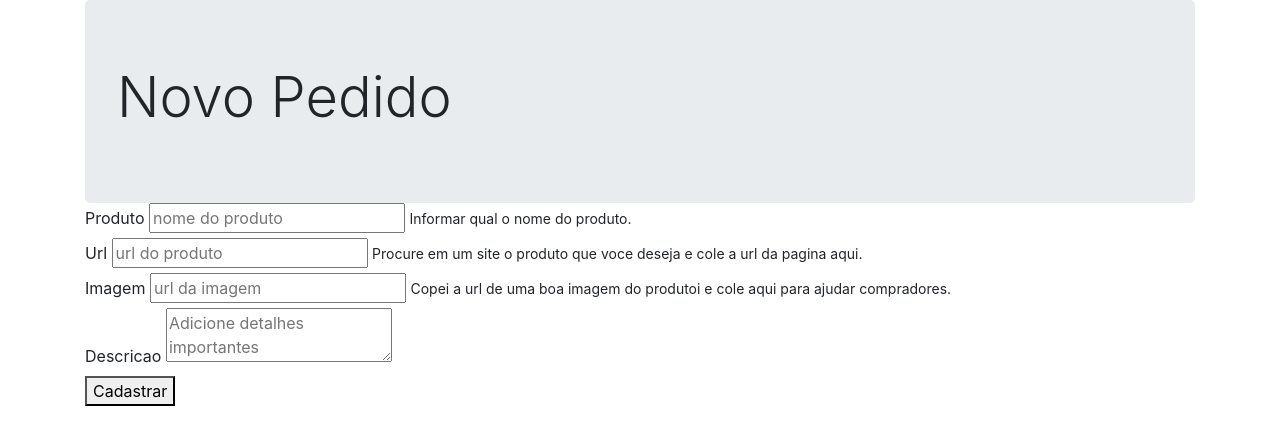
Repository: PedroKarasudani/Spring_MVC
Page: http://localhost/pedido/formulario
An editor plug-in stored every save of this project. The page is shown before and after the next save, followed by the edit.
The browser window is 1280 px wide. The pictures show the whole page.
The page is this project's Thymeleaf template; nobody is signed in. The template is opened directly, without the code that normally fills it, so the values that code supplies are empty.

Above is the page before, as saved 2023-10-19 00:35:50.

### mudi/src/main/resources/templates/pedido/formulario.html
<!DOCTYPE html>
<html>

<head>
	<meta charset="UTF-8" />
	<title>Pedido</title>
	<link rel="stylesheet" href="https://cdn.jsdelivr.net/npm/bootstrap@4.6.2/dist/css/bootstrap.min.css"
		integrity="sha384-xOolHFLEh07PJGoPkLv1IbcEPTNtaed2xpHsD9ESMhqIYd0nLMwNLD69Npy4HI+N" crossorigin="anonymous">
</head>

<body>
	<div class="container">
		<div class="jumbotron mb-0">
			<h1 class="display-4">Novo Pedido</h1>
		</div>
		<form action="/pedido/novo" method="POST">
			<div>
				<label for="nomeProduto">Produto</label>
				<input name"nomeProduto" placeholder="nome do produto"/>
				<small>Informar qual o nome do produto.</small>
			</div>
			<div>
				<label for="urlProduto">Url</label>
				<input name"urlProduto" placeholder="url do produto"/>
				<small>Procure em um site o produto que voce deseja e cole a url da pagina aqui.</small>
			</div>
			<div>
				<label for="urlImagem">Imagem</label>
				<input name"urlImagem" placeholder="url da imagem"/>
				<small>Copei a url de uma boa imagem do produtoi e cole aqui para ajudar compradores.</small>
			</div>
			<div>
				<label for="descricao">Descricao</label>
				<textarea name"descricao" placeholder="Adicione detalhes importantes"></textarea>
			</div>
			<button type="submit">Cadastrar</button>
		</form>

	</div>
</body>

</html>

After the next save:
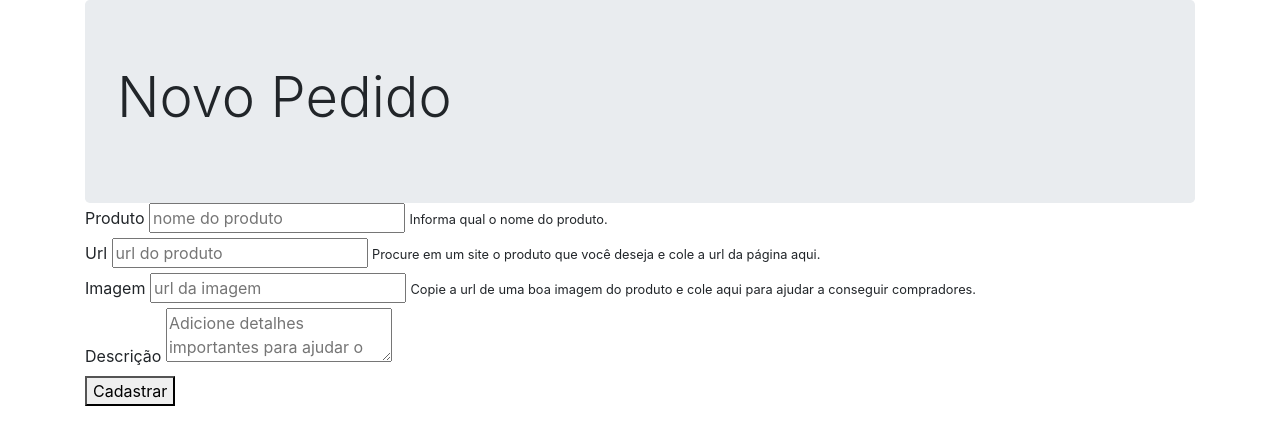
Saved 5 min 56 s later.
--- a/mudi/src/main/resources/templates/pedido/formulario.html
+++ b/mudi/src/main/resources/templates/pedido/formulario.html
@@ -1,42 +1,35 @@
-<!DOCTYPE html>
 <html>
+    <head>
+        <meta charset="UTF-8" />
+        <link rel="stylesheet" href="https://stackpath.bootstrapcdn.com/bootstrap/4.5.2/css/bootstrap.min.css" integrity="sha384-JcKb8q3iqJ61gNV9KGb8thSsNjpSL0n8PARn9HuZOnIxN0hoP+VmmDGMN5t9UJ0Z" crossorigin="anonymous">    </head>
+    <body>
+        <div class="container">
+            <div class="jumbotron mb-0">
+                <h1 class="display-4">Novo Pedido</h1>
+            </div>
 
-<head>
-	<meta charset="UTF-8" />
-	<title>Pedido</title>
-	<link rel="stylesheet" href="https://cdn.jsdelivr.net/npm/bootstrap@4.6.2/dist/css/bootstrap.min.css"
-		integrity="sha384-xOolHFLEh07PJGoPkLv1IbcEPTNtaed2xpHsD9ESMhqIYd0nLMwNLD69Npy4HI+N" crossorigin="anonymous">
-</head>
-
-<body>
-	<div class="container">
-		<div class="jumbotron mb-0">
-			<h1 class="display-4">Novo Pedido</h1>
-		</div>
-		<form action="/pedido/novo" method="POST">
-			<div>
-				<label for="nomeProduto">Produto</label>
-				<input name"nomeProduto" placeholder="nome do produto"/>
-				<small>Informar qual o nome do produto.</small>
-			</div>
-			<div>
-				<label for="urlProduto">Url</label>
-				<input name"urlProduto" placeholder="url do produto"/>
-				<small>Procure em um site o produto que voce deseja e cole a url da pagina aqui.</small>
-			</div>
-			<div>
-				<label for="urlImagem">Imagem</label>
-				<input name"urlImagem" placeholder="url da imagem"/>
-				<small>Copei a url de uma boa imagem do produtoi e cole aqui para ajudar compradores.</small>
-			</div>
-			<div>
-				<label for="descricao">Descricao</label>
-				<textarea name"descricao" placeholder="Adicione detalhes importantes"></textarea>
-			</div>
-			<button type="submit">Cadastrar</button>
-		</form>
-
-	</div>
-</body>
-
+            <form action="/pedido/novo" method="POST">
+                <div>
+                    <label for="nomeProduto">Produto</label>
+                    <input name="nomeProduto" placeholder="nome do produto"/>
+                    <small>Informa qual o nome do produto.</small>
+                </div>
+                <div>
+                    <label for="urlProduto">Url</label>
+                    <input name="urlProduto" placeholder="url do produto"/>
+                    <small>Procure em um site o produto que você deseja e cole a url da página aqui.</small>
+                </div>
+                <div>
+                    <label for="urlImagem">Imagem</label>
+                    <input name="urlImagem" placeholder="url da imagem"/>
+                    <small>Copie a url de uma boa imagem do produto e cole aqui para ajudar a conseguir compradores.</small>
+                </div>
+                <div>
+                    <label for="descricao">Descrição</label>
+                    <textarea name="descricao" placeholder="Adicione detalhes importantes para ajudar o comprador."></textarea>
+                </div>
+                <button type="submit">Cadastrar</button>
+            </form>
+        </div>
+    </body>
 </html>

After the save that followed:
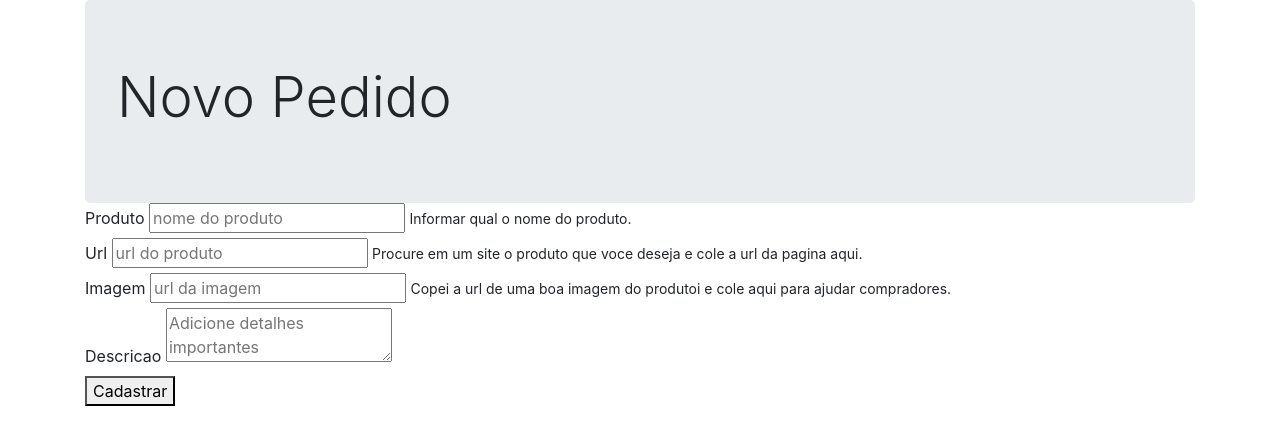
Saved 98 s later.
--- a/mudi/src/main/resources/templates/pedido/formulario.html
+++ b/mudi/src/main/resources/templates/pedido/formulario.html
@@ -1,35 +1,42 @@
+<!DOCTYPE html>
 <html>
-    <head>
-        <meta charset="UTF-8" />
-        <link rel="stylesheet" href="https://stackpath.bootstrapcdn.com/bootstrap/4.5.2/css/bootstrap.min.css" integrity="sha384-JcKb8q3iqJ61gNV9KGb8thSsNjpSL0n8PARn9HuZOnIxN0hoP+VmmDGMN5t9UJ0Z" crossorigin="anonymous">    </head>
-    <body>
-        <div class="container">
-            <div class="jumbotron mb-0">
-                <h1 class="display-4">Novo Pedido</h1>
-            </div>
 
-            <form action="/pedido/novo" method="POST">
-                <div>
-                    <label for="nomeProduto">Produto</label>
-                    <input name="nomeProduto" placeholder="nome do produto"/>
-                    <small>Informa qual o nome do produto.</small>
-                </div>
-                <div>
-                    <label for="urlProduto">Url</label>
-                    <input name="urlProduto" placeholder="url do produto"/>
-                    <small>Procure em um site o produto que você deseja e cole a url da página aqui.</small>
-                </div>
-                <div>
-                    <label for="urlImagem">Imagem</label>
-                    <input name="urlImagem" placeholder="url da imagem"/>
-                    <small>Copie a url de uma boa imagem do produto e cole aqui para ajudar a conseguir compradores.</small>
-                </div>
-                <div>
-                    <label for="descricao">Descrição</label>
-                    <textarea name="descricao" placeholder="Adicione detalhes importantes para ajudar o comprador."></textarea>
-                </div>
-                <button type="submit">Cadastrar</button>
-            </form>
-        </div>
-    </body>
+<head>
+	<meta charset="UTF-8" />
+	<title>Pedido</title>
+	<link rel="stylesheet" href="https://cdn.jsdelivr.net/npm/bootstrap@4.6.2/dist/css/bootstrap.min.css"
+		integrity="sha384-xOolHFLEh07PJGoPkLv1IbcEPTNtaed2xpHsD9ESMhqIYd0nLMwNLD69Npy4HI+N" crossorigin="anonymous">
+</head>
+
+<body>
+	<div class="container">
+		<div class="jumbotron mb-0">
+			<h1 class="display-4">Novo Pedido</h1>
+		</div>
+		<form action="/pedido/novo" method="POST">
+			<div>
+				<label for="nomeProduto">Produto</label>
+				<input name"nomeProduto" placeholder="nome do produto"/>
+				<small>Informar qual o nome do produto.</small>
+			</div>
+			<div>
+				<label for="urlProduto">Url</label>
+				<input name"urlProduto" placeholder="url do produto"/>
+				<small>Procure em um site o produto que voce deseja e cole a url da pagina aqui.</small>
+			</div>
+			<div>
+				<label for="urlImagem">Imagem</label>
+				<input name"urlImagem" placeholder="url da imagem"/>
+				<small>Copei a url de uma boa imagem do produtoi e cole aqui para ajudar compradores.</small>
+			</div>
+			<div>
+				<label for="descricao">Descricao</label>
+				<textarea name"descricao" placeholder="Adicione detalhes importantes"></textarea>
+			</div>
+			<button type="submit">Cadastrar</button>
+		</form>
+
+	</div>
+</body>
+
 </html>
